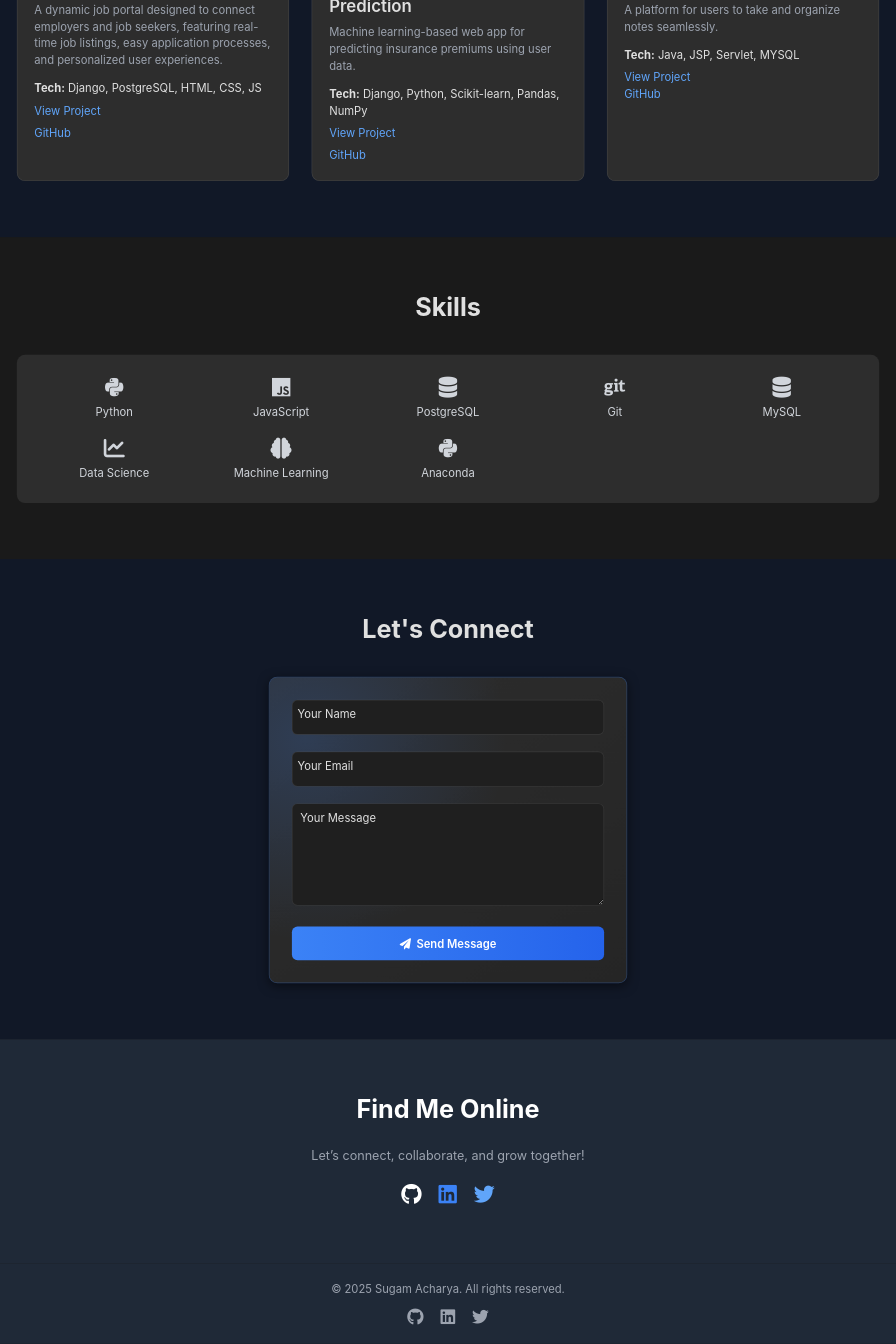
Repository: Sugaam0/Portfolio
Page: portfolio/home/templates/home/index.html
The author's editor kept a copy of each file at every save. The page is drawn from the files as they stood at one save, then again after the next save.
The browser window is 1280 px wide. The pictures show the part of the page from y = 1314 to 3234 px (the page is 3234 px tall), at 70% of full size.
The template is drawn by Django 5.2. The application's start-up code is not run. The template is opened directly, without the code that normally fills it, so the values that code supplies are empty.

Above is the page before, as saved 2025-05-08 18:04:10.

After the next save:
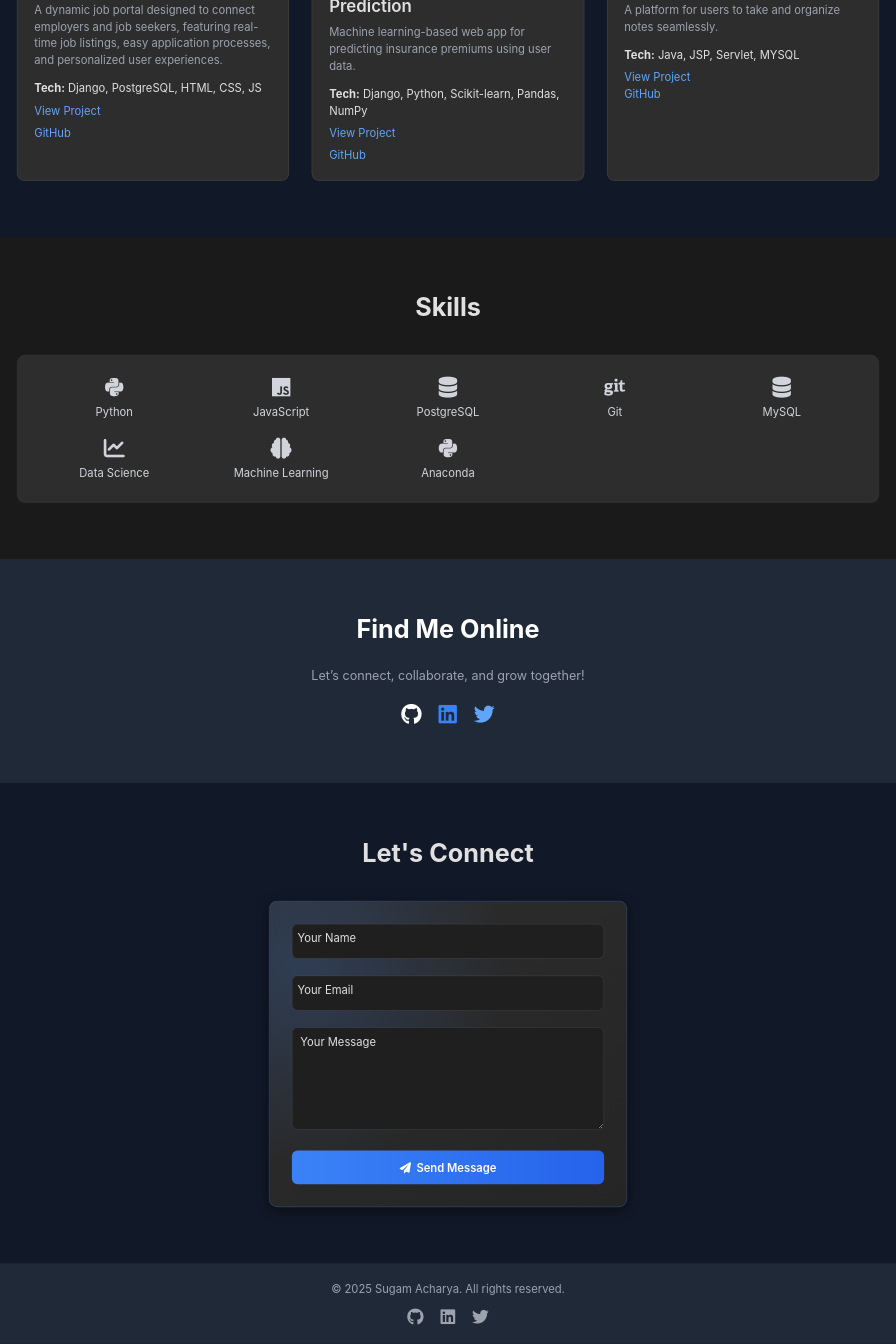
Saved 17 s later.
--- a/portfolio/home/templates/home/index.html
+++ b/portfolio/home/templates/home/index.html
@@ -93,6 +93,26 @@
     </div>
   </section>
 
+  <section id="findme" class="py-20 bg-gray-800">
+    <div class="container mx-auto px-6 text-center">
+      <h2 class="text-4xl font-bold text-white mb-8">Find Me Online</h2>
+      <p class="text-gray-400 text-lg mb-6">Let’s connect, collaborate, and grow together!</p>
+
+      <div class="flex justify-center gap-6 text-3xl">
+        <a href="https://github.com/Sugaam0" target="_blank" class="text-white hover:text-gray-400 transition-transform transform hover:scale-110">
+          <i class="fab fa-github"></i>
+        </a>
+        <a href="https://www.linkedin.com/in/sugamacharya/" target="_blank" class="text-blue-500 hover:text-blue-300 transition-transform transform hover:scale-110">
+          <i class="fab fa-linkedin"></i>
+        </a>
+        <a href="https://twitter.com/your_twitter" target="_blank" class="text-blue-400 hover:text-blue-200 transition-transform transform hover:scale-110">
+          <i class="fab fa-twitter"></i>
+        </a>
+      </div>
+    </div>
+  </section>
+
+
 <!-- Contact Section -->
 <section id="contact" class="py-20 bg-gray-900">
   <div class="container mx-auto px-6">
@@ -121,24 +141,6 @@
 </section>
 
 <!-- Find Me Section -->
-<section id="findme" class="py-20 bg-gray-800">
-    <div class="container mx-auto px-6 text-center">
-      <h2 class="text-4xl font-bold text-white mb-8">Find Me Online</h2>
-      <p class="text-gray-400 text-lg mb-6">Let’s connect, collaborate, and grow together!</p>
-
-      <div class="flex justify-center gap-6 text-3xl">
-        <a href="https://github.com/Sugaam0" target="_blank" class="text-white hover:text-gray-400 transition-transform transform hover:scale-110">
-          <i class="fab fa-github"></i>
-        </a>
-        <a href="https://www.linkedin.com/in/sugamacharya/" target="_blank" class="text-blue-500 hover:text-blue-300 transition-transform transform hover:scale-110">
-          <i class="fab fa-linkedin"></i>
-        </a>
-        <a href="https://twitter.com/your_twitter" target="_blank" class="text-blue-400 hover:text-blue-200 transition-transform transform hover:scale-110">
-          <i class="fab fa-twitter"></i>
-        </a>
-      </div>
-    </div>
-  </section>
 
 
 <!-- Footer -->
